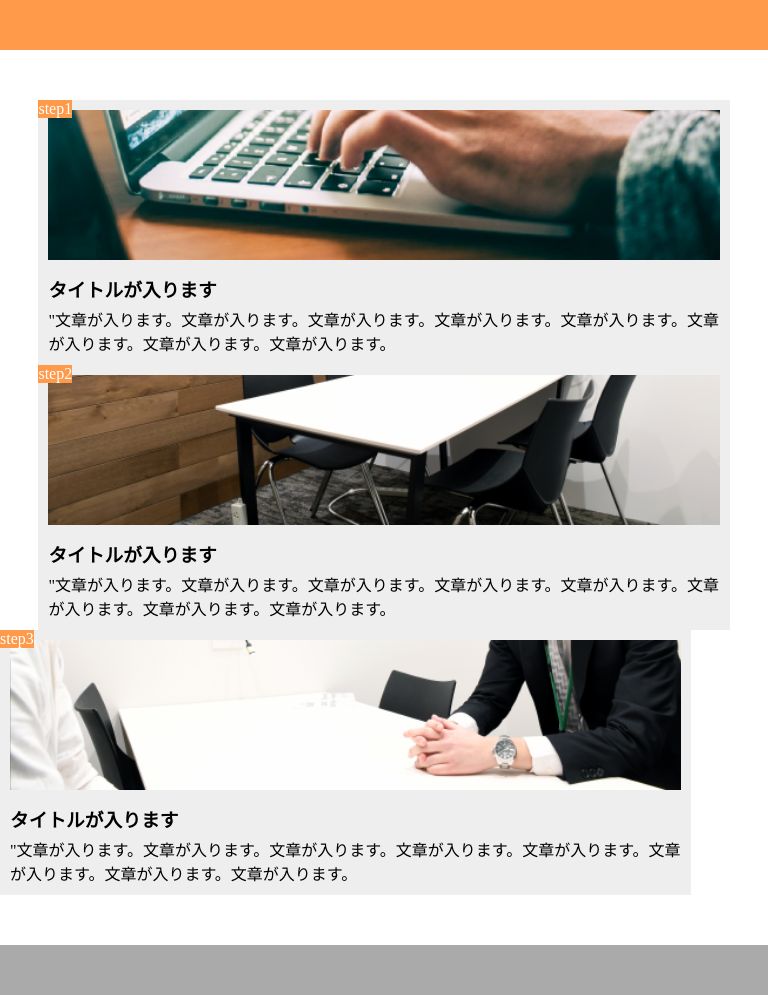
Repository: hal96no/caravan
Page: caravan/index.html
The author's editor kept a record of every edit. The page is drawn from the files as they stood at one moment, then again after the next edit.
The browser window is 768 px wide. The pictures show the whole page.

Above is the page before.

After the next edit:
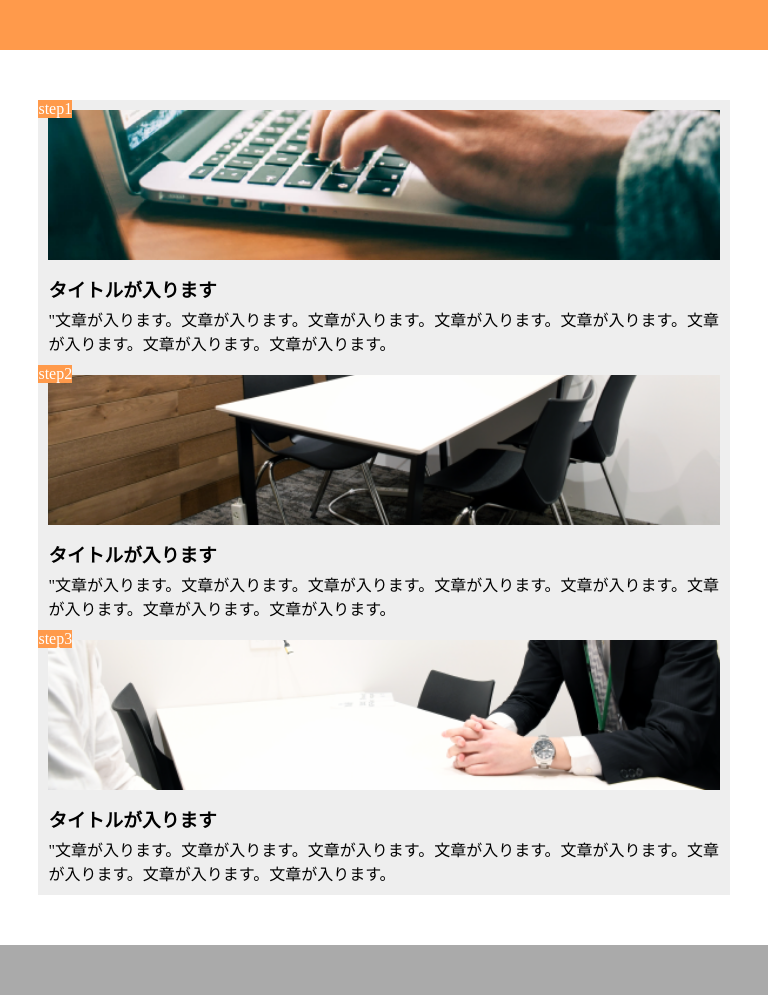
The edit:
--- a/caravan/style.css
+++ b/caravan/style.css
@@ -83,7 +83,9 @@
 }
 
 .step-box:last-child {
-  margin: 0px 0px 50px 0px;
+  width: 90%;
+  margin-bottom: 50px;
+  margin: 0 auto;
 }
 
 .step-num {
